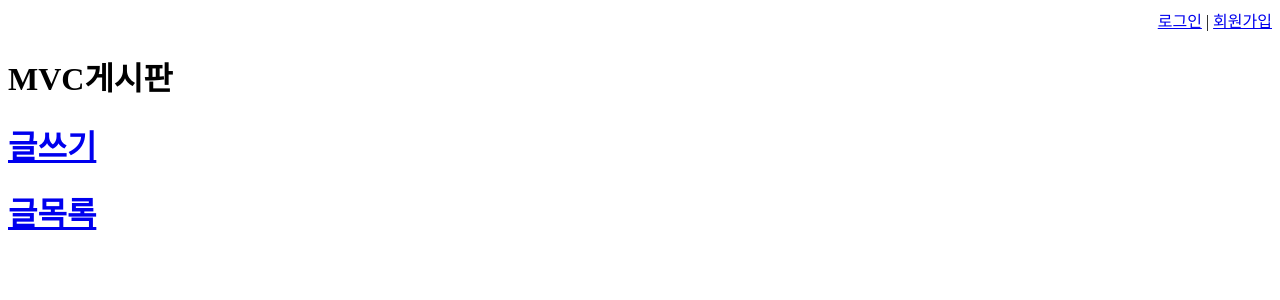
Repository: ReadStar/Jsp_MVC
Page: http://localhost/MVC_Board/
These files come from the project's save history. The page is drawn as it stood at one moment and after the next save; the edit follows.
The browser window is 1280 px wide. The pictures show the whole page.
The page is served by Tomcat 9.

Above is the page before, as saved 2020-11-24 03:06:15.

After the next save:
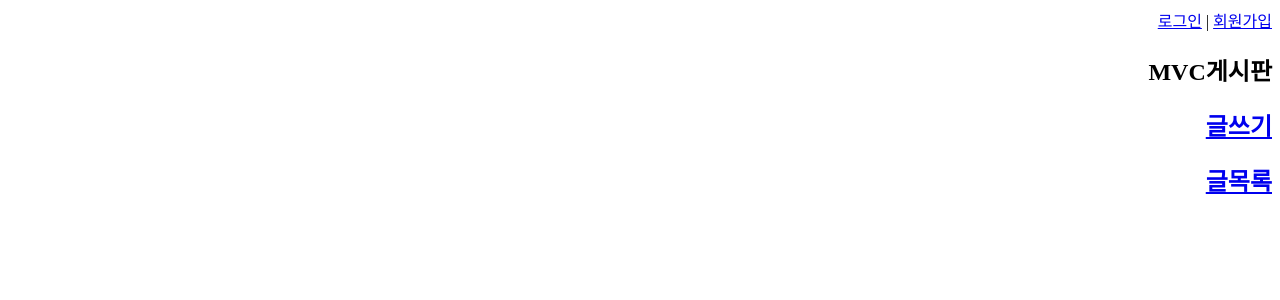
Saved 2 min 18 s later.
--- a/MVC_Board/WebContent/index.jsp
+++ b/MVC_Board/WebContent/index.jsp
@@ -17,9 +17,18 @@
 </head>
 <body>
 	<section id ="login">
-	<!-- 세션에서 가져온 id값이 존재하지 않을 경우 로그인, 회원가입 링크 -->
-	<a href="MemberLoginForm.me">로그인</a> | <a href="MemberJoinForm.me">회원가입</a></section>
-	<!-- 세션에서 가져온 id값이 존재할 경우 로그아웃(MemberLogout.me) 링크 -->
+<!--
+			세션에서 가져온 id 값이 존재하지 않을 경우
+			로그인(MemberLoginForm.me), 회원가입(MemberJoinForm.me) 링크
+		-->
+		<%
+		if(id == null) {
+		%>
+			<a href="MemberLoginForm.me">로그인</a> | <a href="MemberJoinForm.me">회원가입</a>
+		<%} else { %>
+		<!-- 세션에서 가져온 id 값이 존재할 경우 아이디 표시 및 로그아웃(MemberLogout.me) 링크 -->
+			<%=id %>님 | <a href="MemberLogout.me">로그아웃</a>
+		<%} %>
 	<h1>MVC게시판</h1>
 	<h1><a href="BoardWriteForm.bo">글쓰기</a></h1>
 	<h1><a href="BoardList.bo">글목록</a></h1>

After the save that followed:
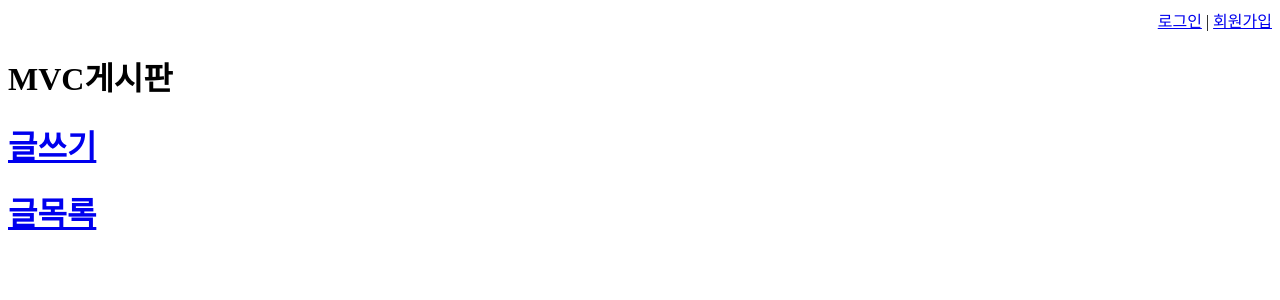
Saved 5 s later.
--- a/MVC_Board/WebContent/index.jsp
+++ b/MVC_Board/WebContent/index.jsp
@@ -29,6 +29,7 @@
 		<!-- 세션에서 가져온 id 값이 존재할 경우 아이디 표시 및 로그아웃(MemberLogout.me) 링크 -->
 			<%=id %>님 | <a href="MemberLogout.me">로그아웃</a>
 		<%} %>
+		</section>
 	<h1>MVC게시판</h1>
 	<h1><a href="BoardWriteForm.bo">글쓰기</a></h1>
 	<h1><a href="BoardList.bo">글목록</a></h1>
